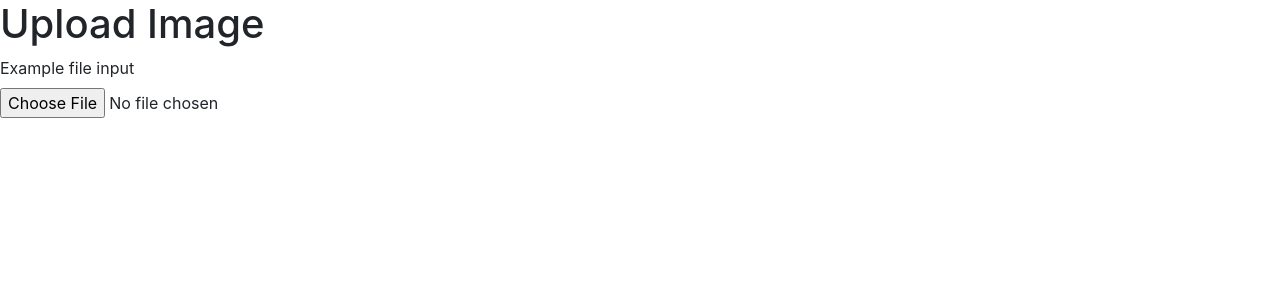
Repository: GovindParve/spring_mvc_maven_search_project
Page: http://localhost/springmvcsearch/fileform
The author's editor kept a copy of each file at every save. The page is drawn from the files as they stood at one save, then again after the next save.
The browser window is 1280 px wide. The pictures show the whole page.
Some web libraries are served in a nearby version. The page is served by Tomcat 9.

Above is the page before, as saved 2023-06-18 13:51:38.

After the next save:
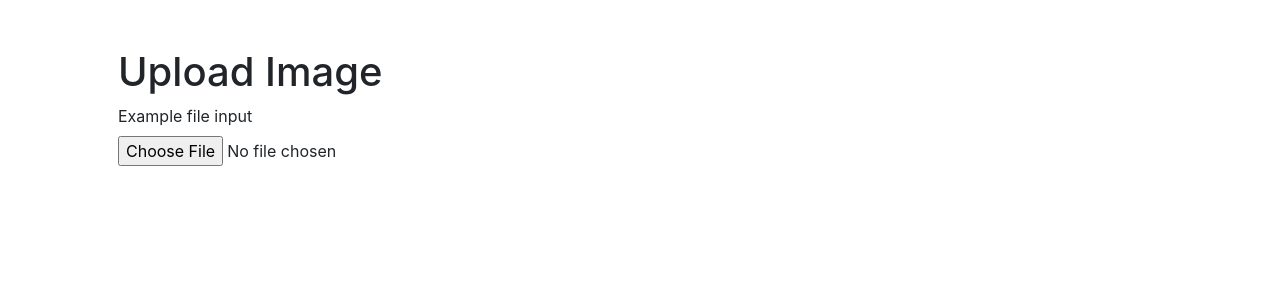
Saved 25 s later.
--- a/springmvcsearch/src/main/webapp/WEB-INF/views/fileform.jsp
+++ b/springmvcsearch/src/main/webapp/WEB-INF/views/fileform.jsp
@@ -11,7 +11,7 @@
     <title>Upload Image</title>
   </head>
   <body>
-  	<div>
+  	<div class="container p-5">
   		<h1>Upload Image</h1>
   		<form>
   		<div class="form-group">
